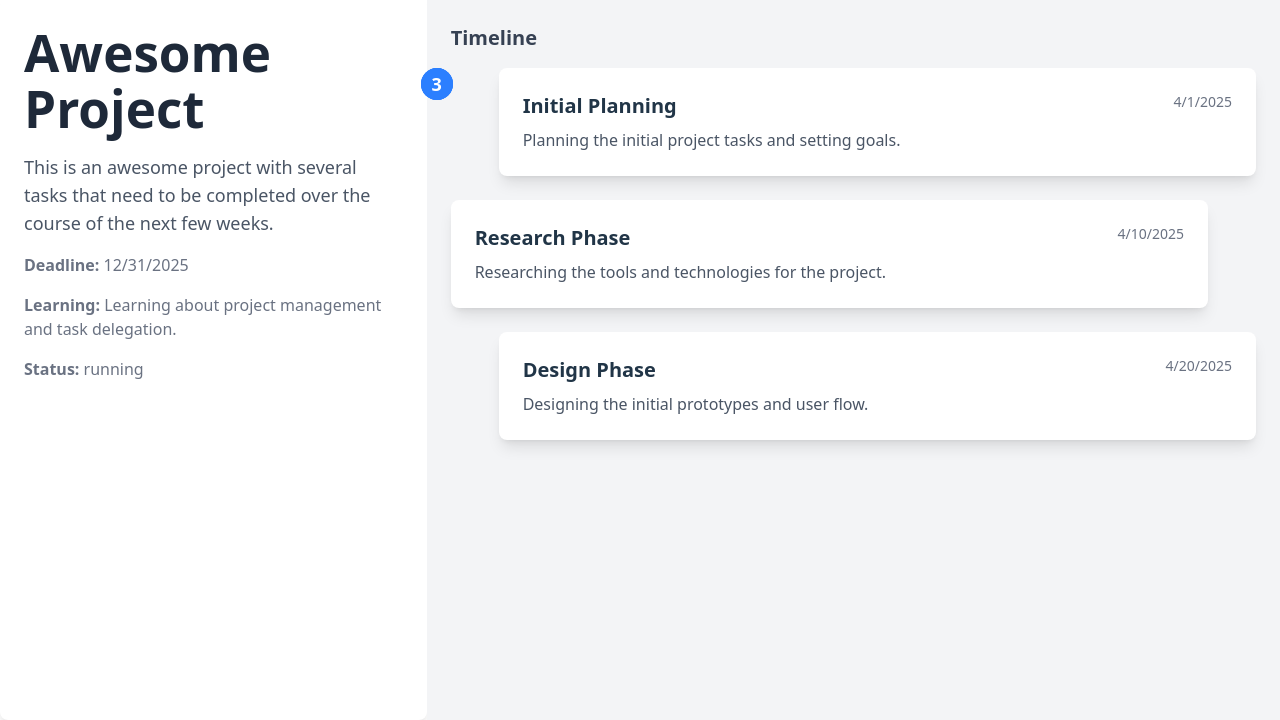
Repository: mohitagrawal0412/Workify
Page: /projectDetails (app in client/)
These files come from the project's save history. The page is drawn as it stood at one moment and after the next save; the edit follows.
The browser window is 1280 px wide. The pictures show the whole page.
The project was rebuilt for these pictures with package versions that can differ from the ones it lists, and the page was loaded fresh each time. Also part of the build but not shown: client/vite.config.js, client/src/Components/Dashboard/Dashboard.jsx, client/src/Components/Dashboard/AllProjects.jsx, client/src/Components/Dashboard/EntryDetails.jsx.

Above is the page before, as saved 2025-04-15 10:16:46.

After the next save:
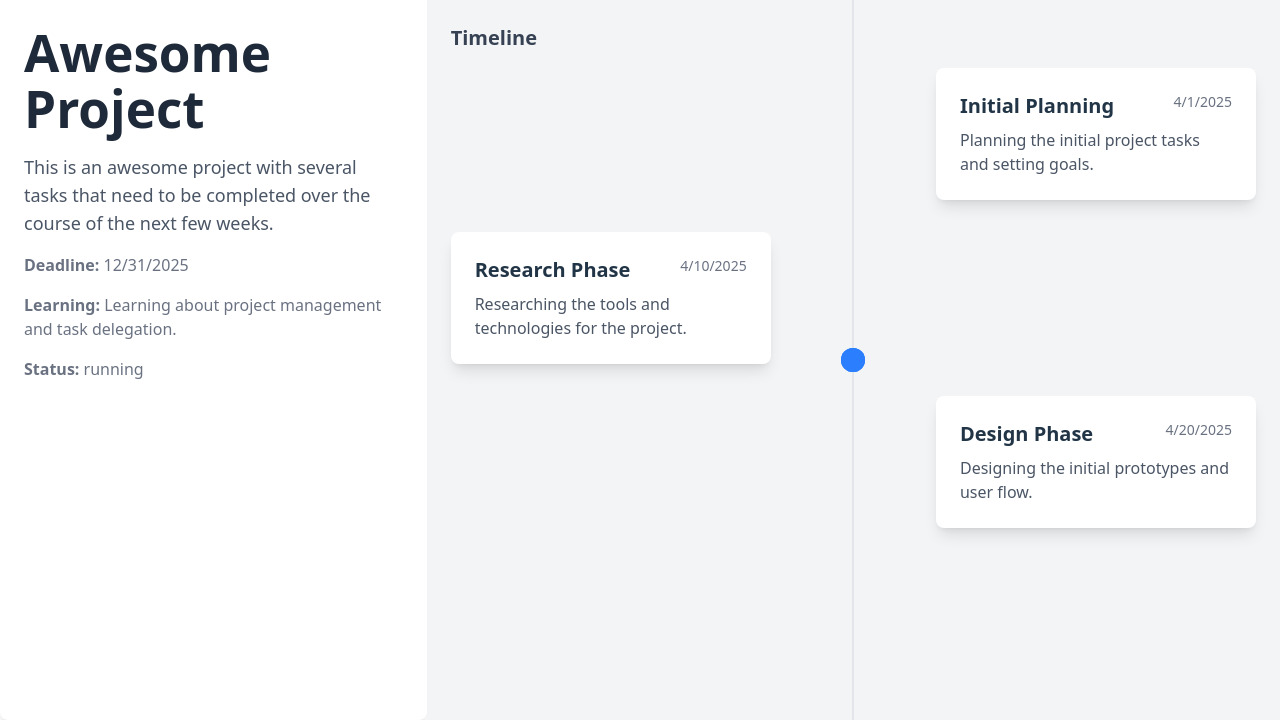
Saved 101 s later.
--- a/client/src/Components/Dashboard/ProjectDetails.jsx
+++ b/client/src/Components/Dashboard/ProjectDetails.jsx
@@ -58,28 +58,35 @@ const ProjectDetails = () => {
             </div>
 
             {/* Right Side: Timeline of Entries */}
-            <div className="w-2/3 p-6 bg-gray-100">
+            <div className="w-2/3 p-6 bg-gray-100 relative">
                 <h2 className="text-xl font-semibold text-gray-700 mb-4">Timeline</h2>
-                <div className="relative">
+
+                {/* Timeline Line */}
+                <div className="absolute top-0 left-1/2 transform -translate-x-1/2 w-px h-full bg-gray-300"></div>
+
+                {/* Timeline Entries */}
+                <div className="space-y-8">
                     {project.entries.map((entry, index) => (
                         <div
                             key={entry._id}
-                            className={`p-6 mb-6 bg-white shadow-lg rounded-lg hover:bg-gray-50 transition-all ${index % 2 === 0 ? "ml-12" : "mr-12"
-                                }`}
+                            className={`flex ${index % 2 === 0 ? "flex-row-reverse" : ""} items-center`}
                             onClick={handleEntryClick}
                         >
+                            {/* Entry Block */}
                             <div
-                                className={`absolute top-0 left-[-30px] w-8 h-8 bg-blue-500 rounded-full flex items-center justify-center text-white`}
+                                className="p-6 bg-white shadow-lg rounded-lg cursor-pointer hover:bg-gray-50 w-80"
                             >
-                                <span className="font-semibold text-lg">{index + 1}</span>
+                                <div className="flex justify-between">
+                                    <p className="text-xl font-bold">{entry.title}</p>
+                                    <p className="text-sm text-gray-500">
+                                        {new Date(entry.date).toLocaleDateString()}
+                                    </p>
+                                </div>
+                                <p className="text-gray-600 mt-2">{entry.description}</p>
                             </div>
-                            <div className="flex justify-between">
-                                <p className="text-xl font-bold">{entry.title}</p>
-                                <p className="text-sm text-gray-500">
-                                    {new Date(entry.date).toLocaleDateString()}
-                                </p>
-                            </div>
-                            <p className="text-gray-600 mt-2">{entry.description}</p>
+
+                            {/* Timeline Marker */}
+                            <div className="w-6 h-6 bg-blue-500 rounded-full absolute left-1/2 transform -translate-x-1/2 top-1/2 -translate-y-1/2"></div>
                         </div>
                     ))}
                 </div>
